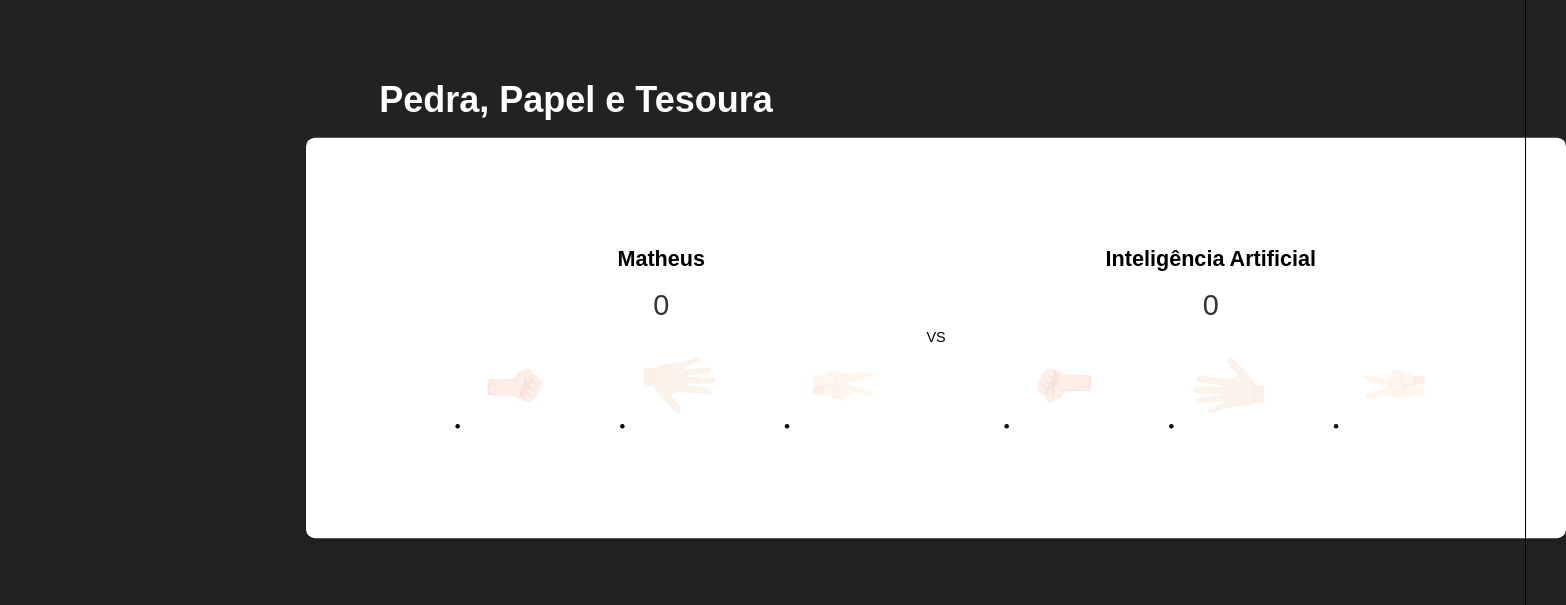
Repository: Matheus904-12/Pedra-Papel
Page: index.html
These files come from the project's save history. The page is drawn as it stood at one moment and after the next save; the edit follows.
The browser window is 1280 px wide. The page is 1740 px wide, so the pictures cover 1740 px, including what lies to the right of the window. The pictures show the whole page, at 90% of full size.

Above is the page before, as saved 2023-08-28 21:58:41.

After the next save:
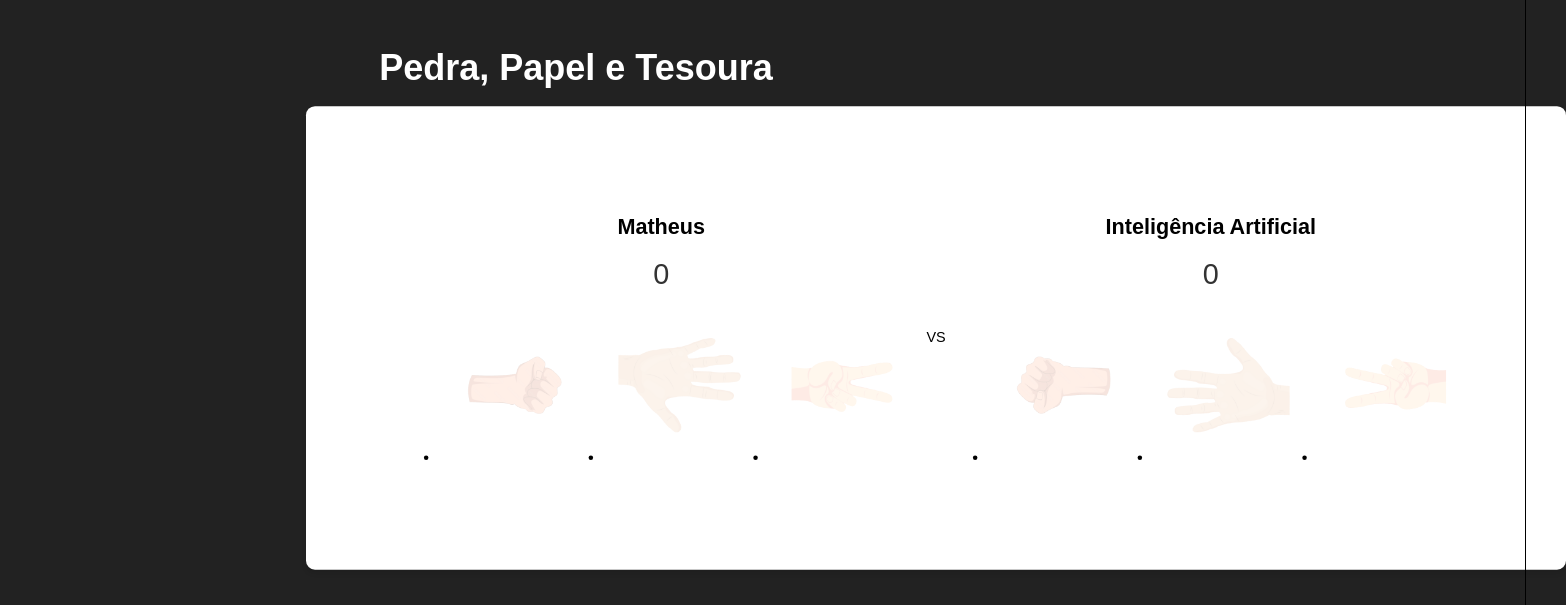
Saved 8 s later.
--- a/style.css
+++ b/style.css
@@ -74,7 +74,7 @@ body {
 }
 
 .escolhas img {
-    max-width: 100px;
+    max-width: 170px;
     cursor: pointer;
     transition: transform 0.3s ease;
 }
